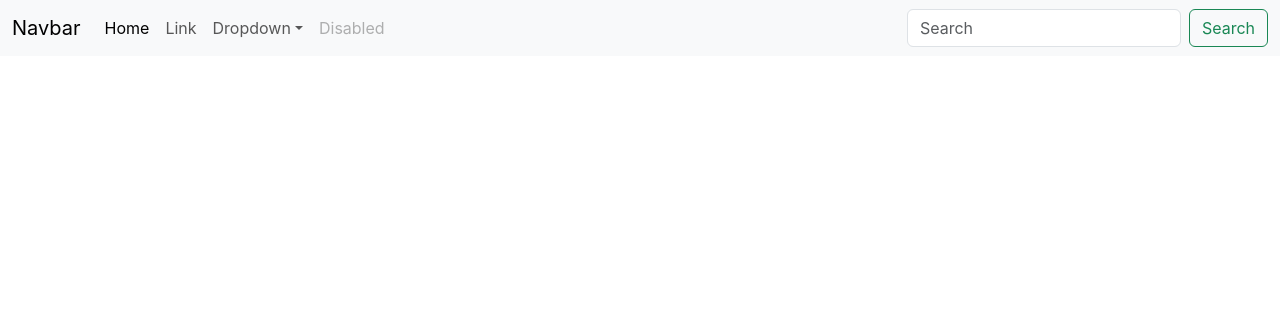
Repository: Aastha1035/React.navbar
Page: /
These files come from the project's save history. The page is drawn as it stood at one moment and after the next save; the edit follows.
The browser window is 1280 px wide. The pictures show the whole page.
The project was rebuilt for these pictures with package versions that can differ from the ones it lists, and the page was loaded fresh each time. Also part of the build but not shown: src/App.css.

Above is the page before, as saved 2024-07-04 10:03:35.

### public/index.html
<!DOCTYPE html>
<html lang="en">
  <head>
    <meta charset="utf-8" />
    <link rel="icon" href="%PUBLIC_URL%/favicon.ico" />
    <meta name="viewport" content="width=device-width, initial-scale=1" />
    <meta name="theme-color" content="#000000" />
    <meta
      name="description"
      content="Web site created using create-react-app"
    />
    <link rel="apple-touch-icon" href="%PUBLIC_URL%/logo192.png" />
    <!--
      manifest.json provides metadata used when your web app is installed on a
      user's mobile device or desktop. See https://developers.google.com/web/fundamentals/web-app-manifest/
    -->
    <link rel="manifest" href="%PUBLIC_URL%/manifest.json" />
    <!--
      Notice the use of %PUBLIC_URL% in the tags above.
      It will be replaced with the URL of the `public` folder during the build.
      Only files inside the `public` folder can be referenced from the HTML.

      Unlike "/favicon.ico" or "favicon.ico", "%PUBLIC_URL%/favicon.ico" will
      work correctly both with client-side routing and a non-root public URL.
      Learn how to configure a non-root public URL by running `npm run build`.
    -->
    <link href="https://cdn.jsdelivr.net/npm/bootstrap@5.3.3/dist/css/bootstrap.min.css" rel="stylesheet" integrity="sha384-QWTKZyjpPEjISv5WaRU9OFeRpok6YctnYmDr5pNlyT2bRjXh0JMhjY6hW+ALEwIH" crossorigin="anonymous">
    <title>React App</title>
  </head>
  <body>
    <noscript>You need to enable JavaScript to run this app.</noscript>
    <div id="root"></div>
    <!--
      This HTML file is a template.
      If you open it directly in the browser, you will see an empty page.

      You can add webfonts, meta tags, or analytics to this file.
      The build step will place the bundled scripts into the <body> tag.

      To begin the development, run `npm start` or `yarn start`.
      To create a production bundle, use `npm run build` or `yarn build`.
    -->
    <script src="https://cdn.jsdelivr.net/npm/bootstrap@5.3.3/dist/js/bootstrap.bundle.min.js"
    integrity="sha384-YvpcrYf0tY3lHB60NNkmXc5s9fDVZLESaAA55NDzOxhy9GkcIdslK1eN7N6jIeHz"
    crossorigin="anonymous"></script>
  </body>
</html>

### src/App.js
import logo from './logo.svg';
import './App.css';

let name="Aastha";
function App() {
  return (
    <>
   <nav class="navbar navbar-expand-lg bg-body-tertiary">
  <div class="container-fluid">
    <a class="navbar-brand" href="#">Navbar</a>
    <button class="navbar-toggler" type="button" data-bs-toggle="collapse" data-bs-target="#navbarSupportedContent" aria-controls="navbarSupportedContent" aria-expanded="false" aria-label="Toggle navigation">
      <span class="navbar-toggler-icon"></span>
    </button>
    <div class="collapse navbar-collapse" id="navbarSupportedContent">
      <ul class="navbar-nav me-auto mb-2 mb-lg-0">
        <li class="nav-item">
          <a class="nav-link active" aria-current="page" href="#">Home</a>
        </li>
        <li class="nav-item">
          <a class="nav-link" href="#">Link</a>
        </li>
        <li class="nav-item dropdown">
          <a class="nav-link dropdown-toggle" href="#" role="button" data-bs-toggle="dropdown" aria-expanded="false">
            Dropdown
          </a>
          <ul class="dropdown-menu">
            <li><a class="dropdown-item" href="#">Action</a></li>
            <li><a class="dropdown-item" href="#">Another action</a></li>
            <li><hr class="dropdown-divider"/></li>
            <li><a class="dropdown-item" href="#">Something else here</a></li>
          </ul>
        </li>
        <li class="nav-item">
          <a class="nav-link disabled" aria-disabled="true">Disabled</a>
        </li>
      </ul>
      <form class="d-flex" role="search">
        <input class="form-control me-2" type="search" placeholder="Search" aria-label="Search"/>
        <button class="btn btn-outline-success" type="submit">Search</button>
      </form>
    </div>
  </div>
</nav>
  </>
  );
}

export default App;

Loaded but not shown: src/index.js (common file); src/index.css (common file); src/reportWebVitals.js (common file)

After the next save:
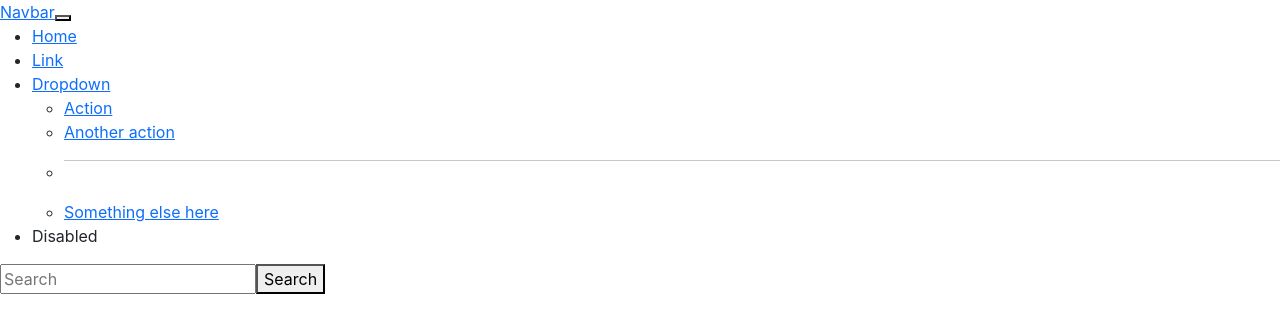
Saved 112 s later.
--- a/src/App.js
+++ b/src/App.js
@@ -1,42 +1,41 @@
 import logo from './logo.svg';
 import './App.css';
 
-let name="Aastha";
 function App() {
   return (
     <>
-   <nav class="navbar navbar-expand-lg bg-body-tertiary">
-  <div class="container-fluid">
-    <a class="navbar-brand" href="#">Navbar</a>
-    <button class="navbar-toggler" type="button" data-bs-toggle="collapse" data-bs-target="#navbarSupportedContent" aria-controls="navbarSupportedContent" aria-expanded="false" aria-label="Toggle navigation">
-      <span class="navbar-toggler-icon"></span>
+   <nav classname="navbar navbar-expand-lg bg-body-tertiary">
+  <div classname="container-fluid">
+    <a classname="navbar-brand" href="/">Navbar</a>
+    <button classname="navbar-toggler" type="button" data-bs-toggle="collapse" data-bs-target="#navbarSupportedContent" aria-controls="navbarSupportedContent" aria-expanded="false" aria-label="Toggle navigation">
+      <span classname="navbar-toggler-icon"></span>
     </button>
-    <div class="collapse navbar-collapse" id="navbarSupportedContent">
-      <ul class="navbar-nav me-auto mb-2 mb-lg-0">
-        <li class="nav-item">
-          <a class="nav-link active" aria-current="page" href="#">Home</a>
+    <div classname="collapse navbar-collapse" id="navbarSupportedContent">
+      <ul classname="navbar-nav me-auto mb-2 mb-lg-0">
+        <li classname="nav-item">
+          <a classname="nav-link active" aria-current="page" href="/">Home</a>
         </li>
-        <li class="nav-item">
-          <a class="nav-link" href="#">Link</a>
+        <li classname="nav-item">
+          <a classname="nav-link" href="/">Link</a>
         </li>
-        <li class="nav-item dropdown">
-          <a class="nav-link dropdown-toggle" href="#" role="button" data-bs-toggle="dropdown" aria-expanded="false">
+        <li classname="nav-item dropdown">
+          <a classname="nav-link dropdown-toggle" href="/" role="button" data-bs-toggle="dropdown" aria-expanded="false">
             Dropdown
           </a>
-          <ul class="dropdown-menu">
-            <li><a class="dropdown-item" href="#">Action</a></li>
-            <li><a class="dropdown-item" href="#">Another action</a></li>
-            <li><hr class="dropdown-divider"/></li>
-            <li><a class="dropdown-item" href="#">Something else here</a></li>
+          <ul classname="dropdown-menu">
+            <li><a classname="dropdown-item" href="/">Action</a></li>
+            <li><a classname="dropdown-item" href="/">Another action</a></li>
+            <li><hr classname="dropdown-divider"/></li>
+            <li><a classname="dropdown-item" href="/">Something else here</a></li>
           </ul>
         </li>
-        <li class="nav-item">
-          <a class="nav-link disabled" aria-disabled="true">Disabled</a>
+        <li classname="nav-item">
+          <a classname="nav-link disabled" aria-disabled="true">Disabled</a>
         </li>
       </ul>
-      <form class="d-flex" role="search">
-        <input class="form-control me-2" type="search" placeholder="Search" aria-label="Search"/>
-        <button class="btn btn-outline-success" type="submit">Search</button>
+      <form classname="d-flex" role="search">
+        <input classname="form-control me-2" type="search" placeholder="Search" aria-label="Search"/>
+        <button classname="btn btn-outline-success" type="submit">Search</button>
       </form>
     </div>
   </div>
